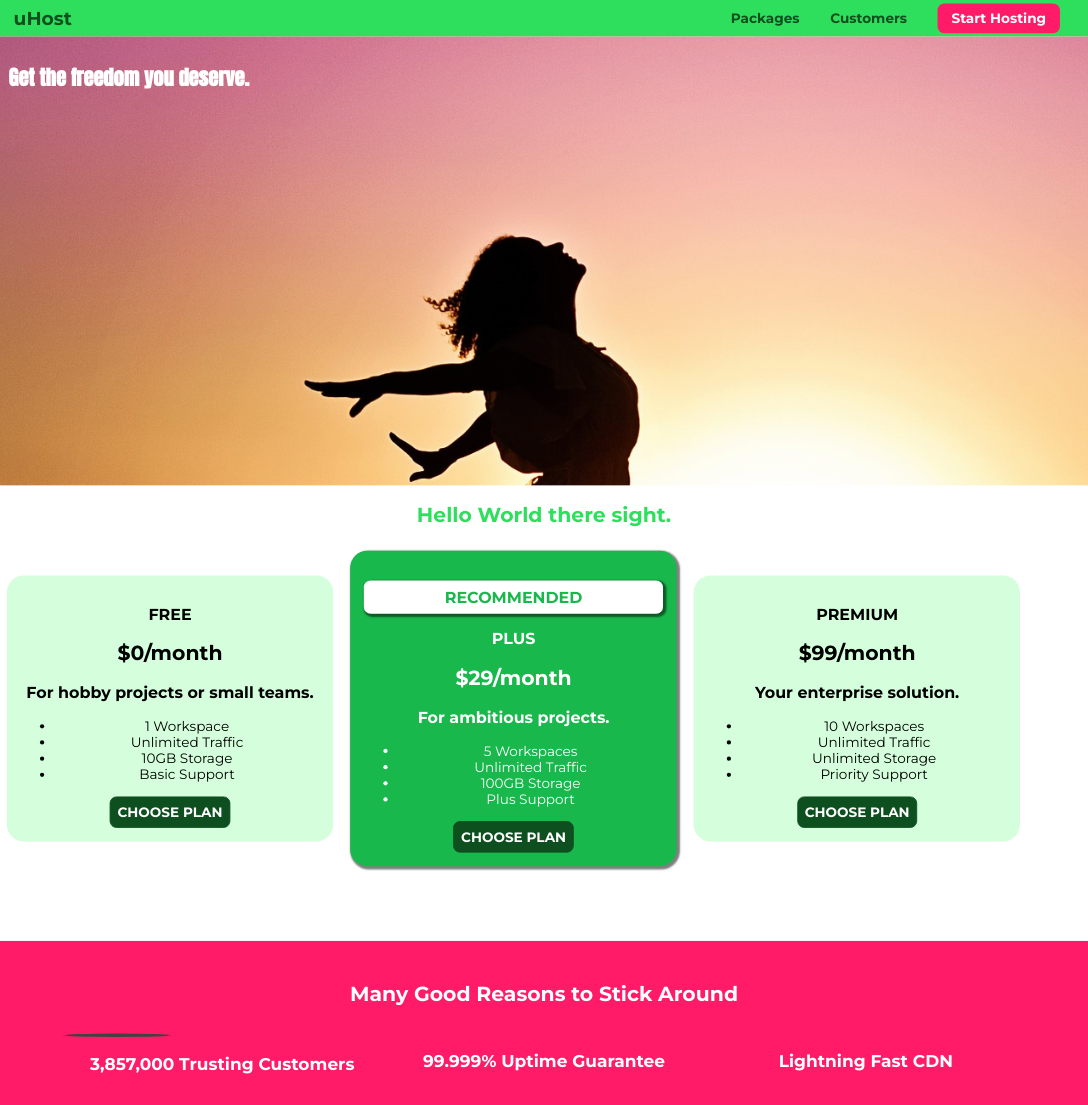
Repository: xtremer15/Css-JS
Page: Css-JS/JS and CSS Study/CSS/basics-01-understanding-the-course-project-starting-code/CSS Study/index.html
The author's editor kept a copy of each file at every save. The page is drawn from the files as they stood at one save, then again after a run of saves.
The browser window is 1280 px wide. The pictures show the whole page, at 85% of full size.

Above is the page before, as saved 2020-04-01 13:15:48.

### Css-JS/JS and CSS Study/CSS/basics-01-understanding-the-course-project-starting-code/CSS Study/index.html
<!DOCTYPE html>
<html lang="en">

<head>
    <meta charset="UTF-8">
    <meta http-equiv="X-UA-Compatible" content="ie=edge">
    <title>uHost</title>
    <link rel="shortcut icon" href="favicon.png">
    <link href="https://fonts.googleapis.com/css?family=Anton" rel="stylesheet">
    <link href="https://fonts.googleapis.com/css?family=Montserrat:400,700" rel="stylesheet">
    <link rel="stylesheet" href="main.css">
</head>

<body>
    <header class="main-header">
        <div>
            <a href="index.html" class="main-header__brand">
                uHost
            </a>
        </div>
        <nav class="main-nav">
            <ul class="main-nav__items">
                <li class="main-nav__item">
                    <a href="packages/index.html">Packages</a>
                </li>
                <li class="main-nav__item">
                    <a href="customers/index.html">Customers</a>
                </li>
                <li class="main-nav__item main-nav__item--cta">
                    <a href="start-hosting/index.html">Start Hosting</a>
                </li>
            </ul>
        </nav>
    </header>
    <main>
        <section id="product-overview">
            <h1>Get the freedom you deserve.</h1>
        </section>
        <section id="plans">
            <h1 class="section-title">Hello World there sight.</h1>
            <div>
                <article class="plan">
                    <h1>FREE</h1>
                    <h2>$0/month</h2>
                    <h3>For hobby projects or small teams.</h3>
                    <ul>
                        <li>1 Workspace</li>
                        <li>Unlimited Traffic</li>
                        <li>10GB Storage</li>
                        <li>Basic Support</li>
                    </ul>
                    <div>
                        <button class="button">CHOOSE PLAN</button>
                    </div>
                </article>
                <article class="plan plan--highlighted">
                    <h1 class="plan__recommanded">RECOMMENDED</h1>
                    <h1>PLUS</h1>
                    <h2>$29/month</h2>
                    <h3>For ambitious projects.</h3>
                    <ul>
                        <li>5 Workspaces</li>
                        <li>Unlimited Traffic</li>
                        <li>100GB Storage</li>
                        <li>Plus Support</li>
                    </ul>
                    <div>
                        <button class="button">CHOOSE PLAN</button>
                    </div>
                </article>
                <article class="plan">
                    <h1>PREMIUM</h1>
                    <h2>$99/month</h2>
                    <h3>Your enterprise solution.</h3>
                    <ul>
                        <li>10 Workspaces</li>
                        <li>Unlimited Traffic</li>
                        <li>Unlimited Storage</li>
                        <li>Priority Support</li>
                    </ul>
                    <div>
                        <button class="button">CHOOSE PLAN</button>
                    </div>
                </article>
            </div>
        </section>
        <section id="key-features">
            <h1 class="section-title">Many Good Reasons to Stick Around</h1>
            <ul class="key-feature__list">
                <li class="key-feature__item">
                    <div class="key-feature__img">

                    </div>
                    <p class="key-feature__description">3,857,000 Trusting Customers</p>
                </li>
                <li class="key-feature__item">
                    <div>

                    </div>
                    <p class="key-feature__description">99.999% Uptime Guarantee</p>
                </li>
                <li class="key-feature__item">
                    <div>

                    </div>
                    <p class="key-feature__description">Lightning Fast CDN</p>
                </li>
            </ul>
        </section>
    </main>
</body>

</html>

### Css-JS/JS and CSS Study/CSS/basics-01-understanding-the-course-project-starting-code/CSS Study/main.css
* {
  box-sizing: border-box;
}

body {
  font-family: "Montserrat", sans-serif;
  margin: 0;
}

#product-overview {
  background: url("freedom.jpg");
  width: 100%;
  height: 528px;
  padding: 10px;
}

.section-title {
  color: #2ddf5c;
  text-align: center;
}

#product-overview h1 {
  color: white;
  font-family: "Anton", sans-serif;
}

.plan {
  background: #d5ffdc;
  text-align: center;
  padding: 16px;
  margin: 8px;
  display: inline-block;
  width: 30%;
  vertical-align: middle;
  border-radius: 20px;
}

.plan--highlighted {
  background-color: #19b84c;
  color: white;
  box-shadow: 2px 2px 2px 2px rgba(0, 0, 0, 0.5);
}

.plan__recommanded {
  background: white;
  color: #19b84c;
  padding: 8px;
  box-shadow: 2px 2px 2px 2px rgba(0, 0, 0, 0.5);
  border-radius: 8px;
}

.button {
  background: #0e4f1f;
  color: #fff;
  font: inherit;
  border: 1px solid #0e4f1f;
  padding: 8px;
  border-radius: 8px;
  font-weight: bold;
  cursor: pointer;
}

button:hover,
button:active {
  background: white;
  color: #0e4f1f;
}

.button:focus {
  outline: none;
}

#key-features {
  background: #ff1b68;
  margin-top: 80px;
  padding: 16px;
}

#key-features .section-title {
  color: white;
  margin: 32px;
}

.key-feature__list {
  list-style: none;
  margin: 0;
  padding: 0;
  text-align: center;
}

.key-feature__item {
  display: inline-block;
  width: 30%;
  vertical-align: top;
}

.key-feature__img {
  background: #ffcede;
  width: 128px;
  border: 2px solid #424242;
  border-radius: 50%;
}

.key-feature__description {
  text-align: center;
  font-weight: bold;
  color: #fff;
  font-size: 20px;
}

/* h1 {
  font-family: sans-serif;
} */

.main-header {
  width: 100%;
  background: #2ddf5c;
  padding: 8px 16px;
}

.main-header > div {
  display: inline-block;
  vertical-align: middle;
}

.main-header__brand {
  color: #0e4f1f;
  text-decoration: none;
  font-weight: bold;
  font-size: 22px;
}

.main-nav {
  display: inline-block;
  text-align: right;
  width: calc(100% - 74px);
  vertical-align: middle;
}

.main-nav__items {
  margin: 0;
  padding: 0;
  list-style: none;
}

.main-nav__item {
  display: inline-block;
  margin: 0 16px;
}

.main-nav__item a {
  text-decoration: none;
  color: #0e4f1f;
  font-weight: bold;
  padding: 3px 0;
}

.main-nav__item a:hover,
.main-nav__item a:active {
  color: white;
  border-bottom: 5px solid white;
}

.main-nav__item--cta a {
  color: white;
  background: #ff1b68;
  padding: 8px 16px;
  border-radius: 8px;
}

.main-nav__item--cta a:hover,
.main-nav__item--cta a:active {
  color: #ff1b68;
  background: white;
  border: none;
}

After the next 2 saves:
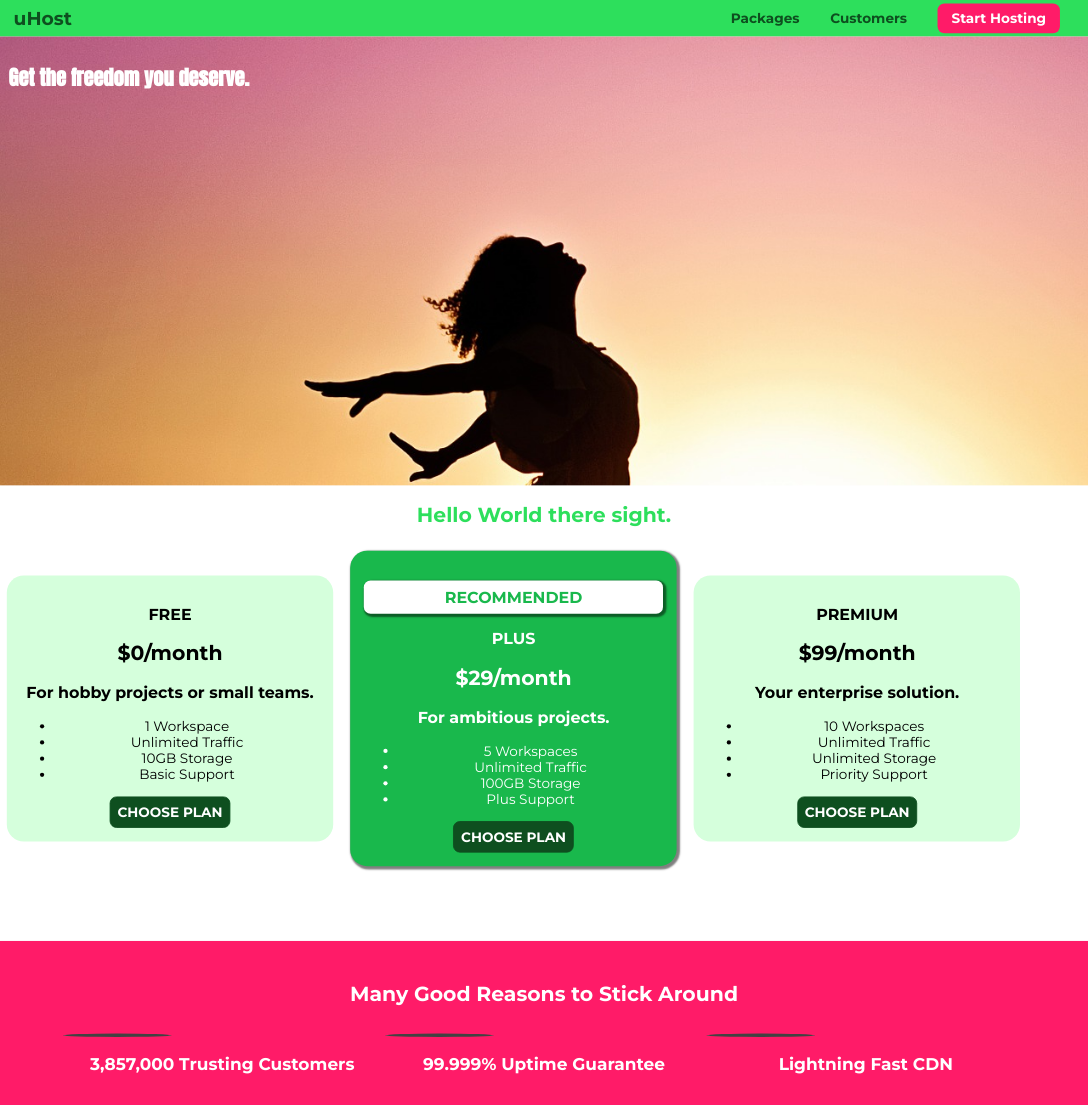
The 2 saves are shown as one change because they came seconds apart.
The last was saved 10 s later.
--- a/Css-JS/JS and CSS Study/CSS/basics-01-understanding-the-course-project-starting-code/CSS Study/index.html
+++ b/Css-JS/JS and CSS Study/CSS/basics-01-understanding-the-course-project-starting-code/CSS Study/index.html
@@ -94,13 +94,13 @@
                     <p class="key-feature__description">3,857,000 Trusting Customers</p>
                 </li>
                 <li class="key-feature__item">
-                    <div>
+                    <div class="key-feature__img">
 
                     </div>
                     <p class="key-feature__description">99.999% Uptime Guarantee</p>
                 </li>
                 <li class="key-feature__item">
-                    <div>
+                    <div class="key-feature__img">
 
                     </div>
                     <p class="key-feature__description">Lightning Fast CDN</p>
